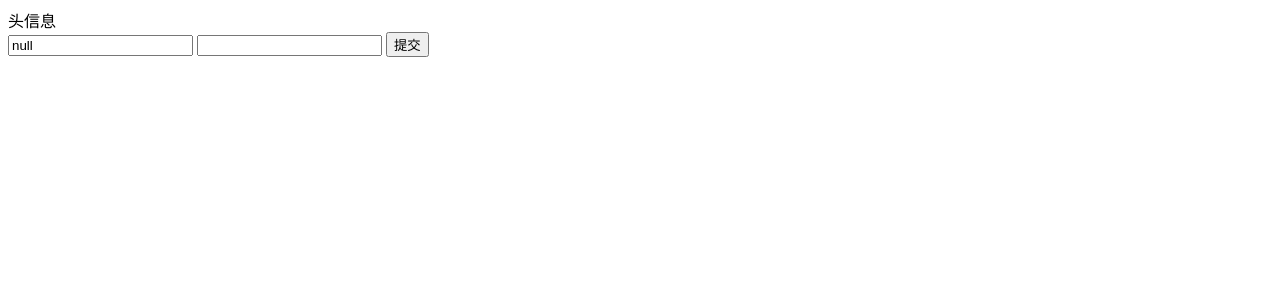
Repository: debug404/all
Page: http://localhost/work1117/login.jsp
These files come from the project's save history. The page is drawn as it stood at one moment and after a run of saves; the edit follows.
The browser window is 1280 px wide. The pictures show the whole page.
The page is served by Tomcat 9.

Above is the page before, as saved 2015-11-17 02:30:00.

After the next 4 saves:
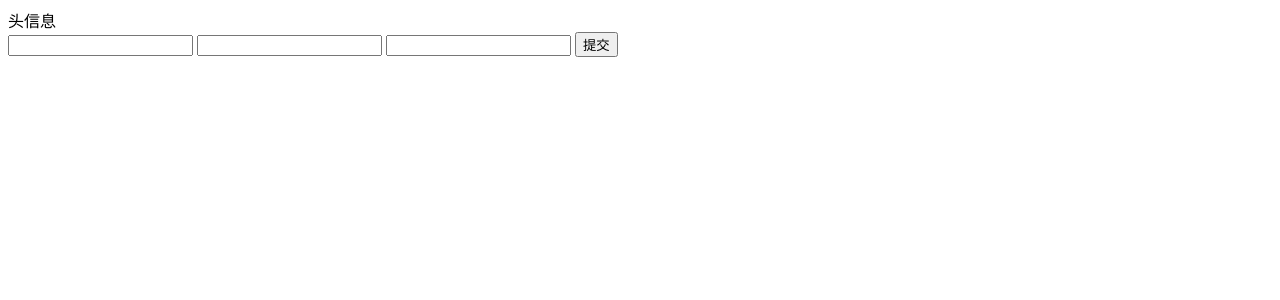
The 4 saves are shown as one change because 3 did not build or start.
The last was saved 6 min 31 s later.
--- a/work1117/WebContent/login.jsp
+++ b/work1117/WebContent/login.jsp
@@ -14,10 +14,13 @@
 
 	<jsp:include page="header.jsp"></jsp:include>
 	<form action="main.jsp" method="post">
+		<jsp:element name="input">
+			<jsp:attribute name="name">username</jsp:attribute>
+		<jsp:attribute name="type">text</jsp:attribute>
+		</jsp:element>
 
 
-
-		<input type="text" name="username" value="<%=username %>" /> <input type="password"
+		<input type="text" name="username" /> <input type="password"
 			name="password" /> <input type="submit" value="提交" />
 	</form>
 </body>

After the 4 saves that followed:
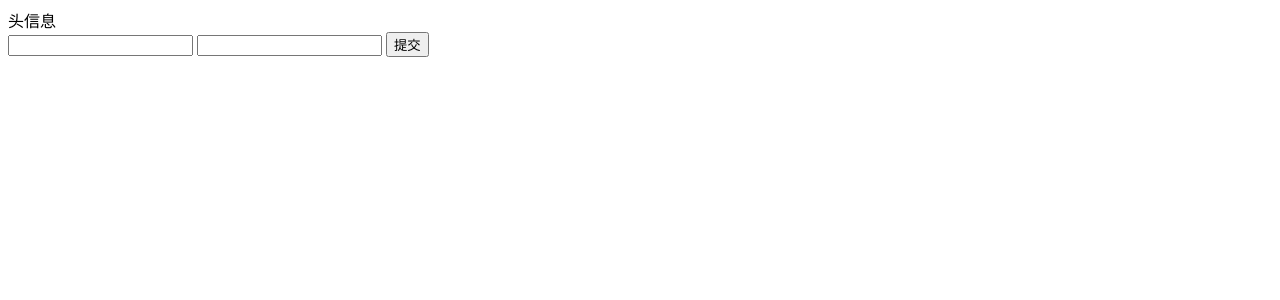
The 4 saves are shown as one change because 1 did not build or start and 1 left the picture as it was and some came seconds apart.
The last was saved 3 min 26 s later.
--- a/work1117/WebContent/login.jsp
+++ b/work1117/WebContent/login.jsp
@@ -16,11 +16,13 @@
 	<form action="main.jsp" method="post">
 		<jsp:element name="input">
 			<jsp:attribute name="name">username</jsp:attribute>
-		<jsp:attribute name="type">text</jsp:attribute>
+			<jsp:attribute name="type">text</jsp:attribute>
+			<jsp:attribute name="type"><%=username %></jsp:attribute>
+
 		</jsp:element>
 
 
-		<input type="text" name="username" /> <input type="password"
+		 <input type="password"
 			name="password" /> <input type="submit" value="提交" />
 	</form>
 </body>
